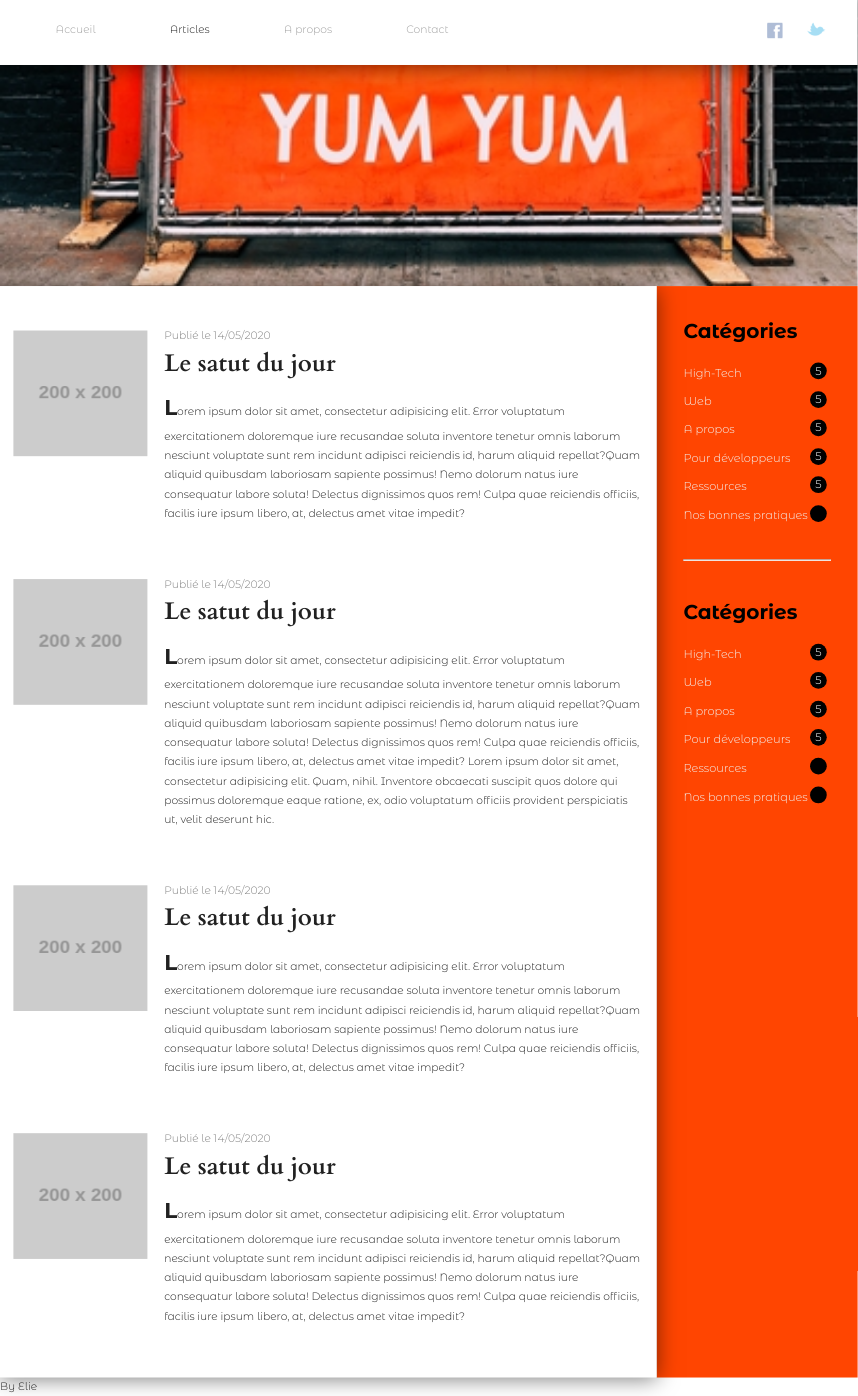
Repository: Elie-Dey/blog-train
Page: index.html
An editor plug-in stored every save of this project. The page is shown before and after the next save, followed by the edit.
The browser window is 1280 px wide. The pictures show the whole page, at 67% of full size.

Above is the page before, as saved 2020-06-19 22:00:00.

### index.html
<!DOCTYPE html>
<html lang="en">
<head>
    <meta charset="UTF-8">
    <meta name="viewport" content="width=device-width, initial-scale=1.0">
    <link href="https://fonts.googleapis.com/css2?family=Cardo:wght@400;700&family=Montserrat+Alternates:wght@300;700&display=swap" rel="stylesheet">
    <link rel="stylesheet" href="style.css">
    <title>Mon blog</title>
</head>
<body>
    <header class="topbar">
        <nav>
            <a href="index.html">Accueil</a>
            <a href="articles.html" class="active"> Articles</a>
            <a href="about.html">A propos</a>
            <a href="apropos.html">Contact</a>
        </nav>
        <div class="social">
            <a href="#"> <img src="images/fb.png" alt="Facebook"></a>
            <a href="#"> <img src="images/twitter.png" alt="Twitter"></a>
        </div>
    </header>
    <div class="banniere"></div>
    <div class="body">
        <main class="main">
            <div class="container">
             <article class="article">
                 <a href="article.html" class="article-img"><img src="https://via.placeholder.com/200" alt="article-image"/> </a>
                  <div class="article-date">Publié le 14/05/2020</div>
                  <h2 class="article-title">  <a href="article.html">    Le satut du jour</a>  </h2>
                  <p>
                      Lorem ipsum dolor sit amet, consectetur adipisicing elit. Error voluptatum exercitationem doloremque iure recusandae soluta inventore tenetur omnis laborum nesciunt voluptate sunt rem incidunt adipisci reiciendis id, harum aliquid repellat?Quam aliquid quibusdam laboriosam sapiente possimus! Nemo dolorum natus iure consequatur labore soluta!
                      Delectus dignissimos quos rem! Culpa quae reiciendis officiis, facilis iure ipsum libero, at, delectus amet vitae impedit?
                  </p>
              </article>
              <article class="article">
                  <a href="article.html" class="article-img"><img src="https://via.placeholder.com/200" alt="article-image"/> </a>
                   <div class="article-date">Publié le 14/05/2020</div>
                   <h2 class="article-title">  <a href="article.html">    Le satut du jour</a>  </h2>
                   <p>
                       Lorem ipsum dolor sit amet, consectetur adipisicing elit. Error voluptatum exercitationem doloremque iure recusandae soluta inventore tenetur omnis laborum nesciunt voluptate sunt rem incidunt adipisci reiciendis id, harum aliquid repellat?Quam aliquid quibusdam laboriosam sapiente possimus! Nemo dolorum natus iure consequatur labore soluta!
                       Delectus dignissimos quos rem! Culpa quae reiciendis officiis, facilis iure ipsum libero, at, delectus amet vitae impedit?
                       Lorem ipsum dolor sit amet, consectetur adipisicing elit. Quam, nihil. Inventore obcaecati suscipit quos dolore qui possimus doloremque eaque ratione, ex, odio voluptatum officiis provident perspiciatis ut, velit deserunt hic.
                   </p>
               </article>
               <article class="article">
                  <a href="article.html" class="article-img"><img src="https://via.placeholder.com/200" alt="article-image"/> </a>
                   <div class="article-date">Publié le 14/05/2020</div>
                   <h2 class="article-title">  <a href="article.html">    Le satut du jour</a>  </h2>
                   <p>
                       Lorem ipsum dolor sit amet, consectetur adipisicing elit. Error voluptatum exercitationem doloremque iure recusandae soluta inventore tenetur omnis laborum nesciunt voluptate sunt rem incidunt adipisci reiciendis id, harum aliquid repellat?Quam aliquid quibusdam laboriosam sapiente possimus! Nemo dolorum natus iure consequatur labore soluta!
                       Delectus dignissimos quos rem! Culpa quae reiciendis officiis, facilis iure ipsum libero, at, delectus amet vitae impedit?
                   </p>
               </article>
               <article class="article">
                  <a href="article.html" class="article-img"><img src="https://via.placeholder.com/200" alt="article-image"/> </a>
                   <div class="article-date">Publié le 14/05/2020</div>
                   <h2 class="article-title">  <a href="article.html">    Le satut du jour</a>  </h2>
                   <p>
                       Lorem ipsum dolor sit amet, consectetur adipisicing elit. Error voluptatum exercitationem doloremque iure recusandae soluta inventore tenetur omnis laborum nesciunt voluptate sunt rem incidunt adipisci reiciendis id, harum aliquid repellat?Quam aliquid quibusdam laboriosam sapiente possimus! Nemo dolorum natus iure consequatur labore soluta!
                       Delectus dignissimos quos rem! Culpa quae reiciendis officiis, facilis iure ipsum libero, at, delectus amet vitae impedit?
                   </p>
               </article>
            </div>
         </main>

    <aside class="sidebar">
        <h4 class="sidebar-title">Catégories</h4>
        <ul>
            <li><a href="#" data-count="5">High-Tech</a></li>
            <li><a href="#" data-count="5">Web</a></li>
            <li><a href="#" data-count="5">A propos</a></li>
            <li><a href="#" data-count="5">Pour développeurs </a></li>
            <li><a href="#" data-count="5">Ressources</a></li>
            <li><a href="#">Nos bonnes pratiques</a></li>
        </ul>
        <hr>
        <h4 class="sidebar-title">Catégories</h4>
        <ul>
            <li><a href="#" data-count="5">High-Tech</a></li>
            <li><a href="#" data-count="5">Web</a></li>
            <li><a href="#" data-count="5">A propos</a></li>
            <li><a href="#" data-count="5">Pour développeurs</a></li>
            <li><a href="#">Ressources</a></li>
            <li><a href="#">Nos bonnes pratiques</a></li>
        </ul>


    </aside>
</div>
    <footer class="footer">
        By Elie
    </footer>
</body>
</html>

### style.css
/*
* Prefixed by https://autoprefixer.github.io
* PostCSS: v7.0.29,
* Autoprefixer: v9.7.6
* Browsers: last 4 version,ie > 8
*/

*{
    -webkit-box-sizing: border-box;
            box-sizing: border-box;
}
body, html
{
    margin: 0;
    font-size: 16px;
    font-family: 'Montserrat Alternates', sans-serif;
    color: rgba(0, 0, 0, .87);
    line-height: 1.8;

}
.topbar{

    position: fixed;
    top: 0;
    right: 0;
    left: 0;
    width: 100%;
    background-color: white;
    padding: 30px ;
    z-index: 3;
    font-family: 'Montserrat Alternates', sans-serif;
    font-weight: 700;
    -webkit-box-shadow: 0 4px 30px rgba(0, 0, 0, .5);
            box-shadow: 0 4px 30px rgba(0, 0, 0, .5);

}
.topbar nav{
    float: left;

}
.topbar nav a {
    color: #9f9f9f;
    text-decoration: none;
    font-weight: 500;
    padding: 0 53px;
    transition: color .3s;
}

.topbar nav a:hover , .topbar nav a.active{
    color:  rgba(0, 0, 0, .87);
}

 .social {
    float: right;
}

.social a
{
    padding: 0 12px;
    opacity: .4;
    transition: opacity .3s;
}
.social a:hover
{
    opacity: 1;
}

.banniere {
    height: 427px;
    background: no-repeat center center / cover url("images/banniere.jpg");
}
.body
{
    display: -webkit-box;
    display: -ms-flexbox;
    display: flex;
}
.main
{

    width: calc(100% - 300px);
    background: white;
    -webkit-box-shadow: 0 4px 30px rgba(0, 0, 0, .5);
            box-shadow: 0 4px 30px rgba(0, 0, 0, .5);
    position: relative;
    z-index: 2;


}
.sidebar
{

    background:rgb(255, 69, 1);
    width: 300px;
    padding: 40px;
    font-size: 17px;
    font-weight: 300;
    position: relative;
    z-index: 1;
}
/* .sidebar ul
{
    counter-reset: sidebarlist;
}

.sidebar li::before
{
    counter-increment: sidebarlist;
    content: counter(sidebarlist) ". ";
} */

.sidebar-title
{
    font-size: 30px;
    color: black;
    margin: 20px 0;
}
.sidebar a
{
    text-decoration: none;
    color: rgb(243, 241, 239);

}
.sidebar ul
{
    margin: 0;
    padding: 0;
    list-style: none;

}
.sidebar li
{
    padding: 6px 6px 6px 0;
}
.sidebar li a::after
{
    content: attr(data-count);
    float:right;
    background: black;
    color:white;
    width: 25px;
    height: 25px;
    line-height: 25px;
    text-align: center;
    border-radius: 50%;
}
.sidebar li:first-child
{
    padding-top: 0;
}

.sidebar li:last-child
{
    padding-bottom: 0;
}
.sidebar a:hover
{
    text-decoration: underline;
}

.sidebar hr
{
    border-color:none;
    background: white;
    height: 1px;
    margin: 50px 0;


}

.sidebar-title:first-child
{
    margin-top: 0;
}


.article
{
    position: relative;
    overflow: hidden;
    margin: 60px 0;
    padding-left: 225px;
    min-height: 225px;
}


.article p
{
    font-family: 'Montserrat Alternates', sans-serif;
    font-weight: 500;
}
.article p::first-letter
{
    font-size: 2em;
    font-weight: bold;
}
.container
{
    max-width: 940px;
    margin: 0 auto;
}
.article a
{
    color: inherit;
    text-decoration: none;
}
.article a:hover
{
    text-decoration: underline;
}
.article-img
{
    position: absolute;
    left: 0;
    top: 0;
    width: 200px;
    margin-right: 25px;
    transition: transform cubic-bezier(0.55,-0.4, 0, 1.39) .5s;
    animation: slidedown 10s;
}
.article-img:hover
{
    transform: scale(1.1) rotate(5deg);
}
@keyframes slidedown
{
    0%{
        transform: translateY(200px);
        opacity: 1px;

    }
    50% {
        transform: rotateX(20deg);
        opacity: 1px;
    }
    100% {
        transform: translateY(-200);
        opacity: 1px;
    }
}
.article-title
 {
    font-size: 2.25rem;
    line-height: 1.2;
    font-family: "Cardo", serif;
    margin: 0 0 15px 0;
 }
.article-date
{
    font-weight: 300;
    color: rgba(0, 0, 0, .5);
    margin-bottom: 5px;
}
.article-img img
{
    width: 100%;
    height: auto;
}
.footer
{
    clear: both;
}

After the next save:
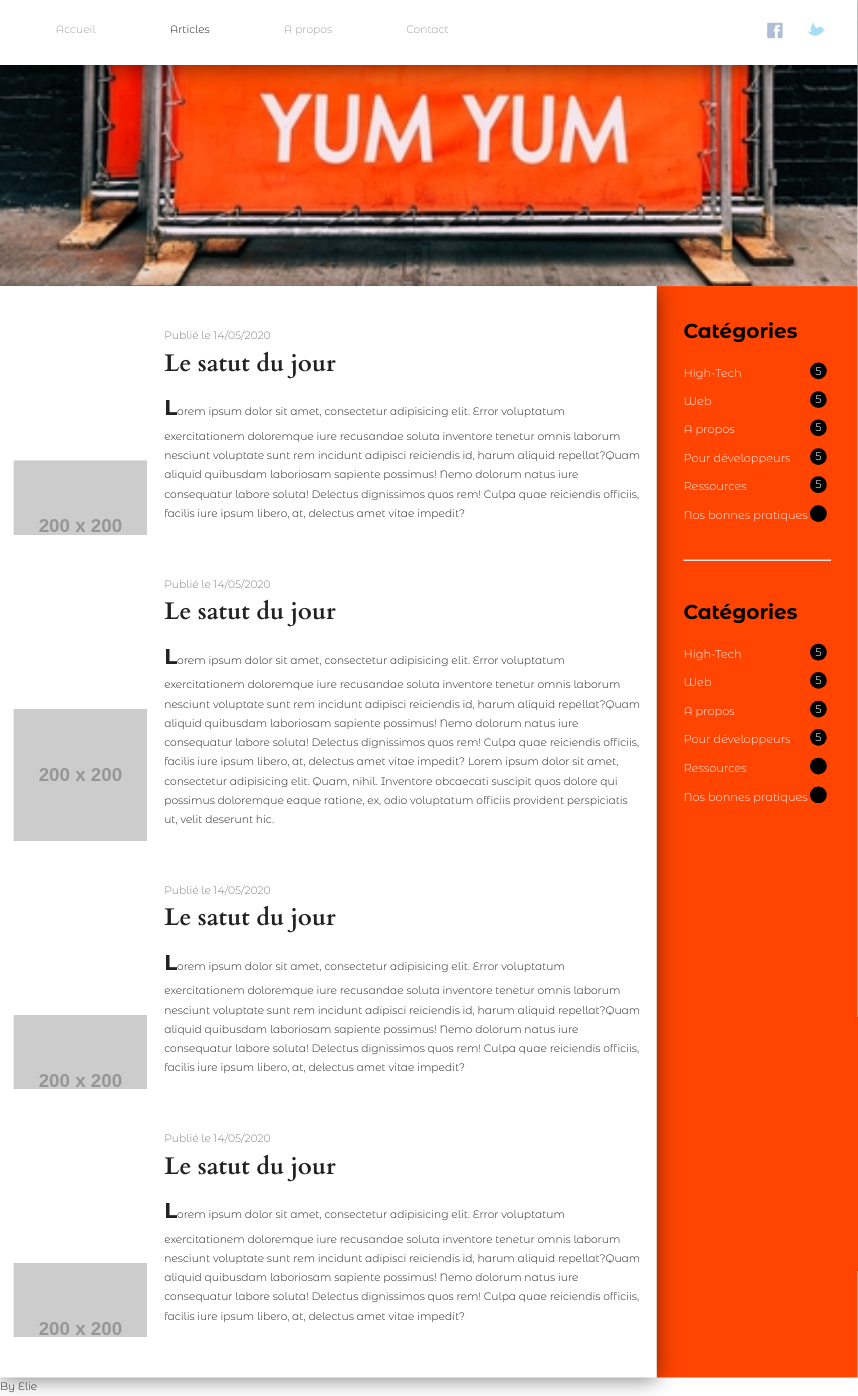
Saved 49 s later.
--- a/style.css
+++ b/style.css
@@ -216,7 +216,7 @@
     width: 200px;
     margin-right: 25px;
     transition: transform cubic-bezier(0.55,-0.4, 0, 1.39) .5s;
-    animation: slidedown 10s;
+    animation: slidedown 1s infinite;
 }
 .article-img:hover
 {

After the 2 saves that followed:
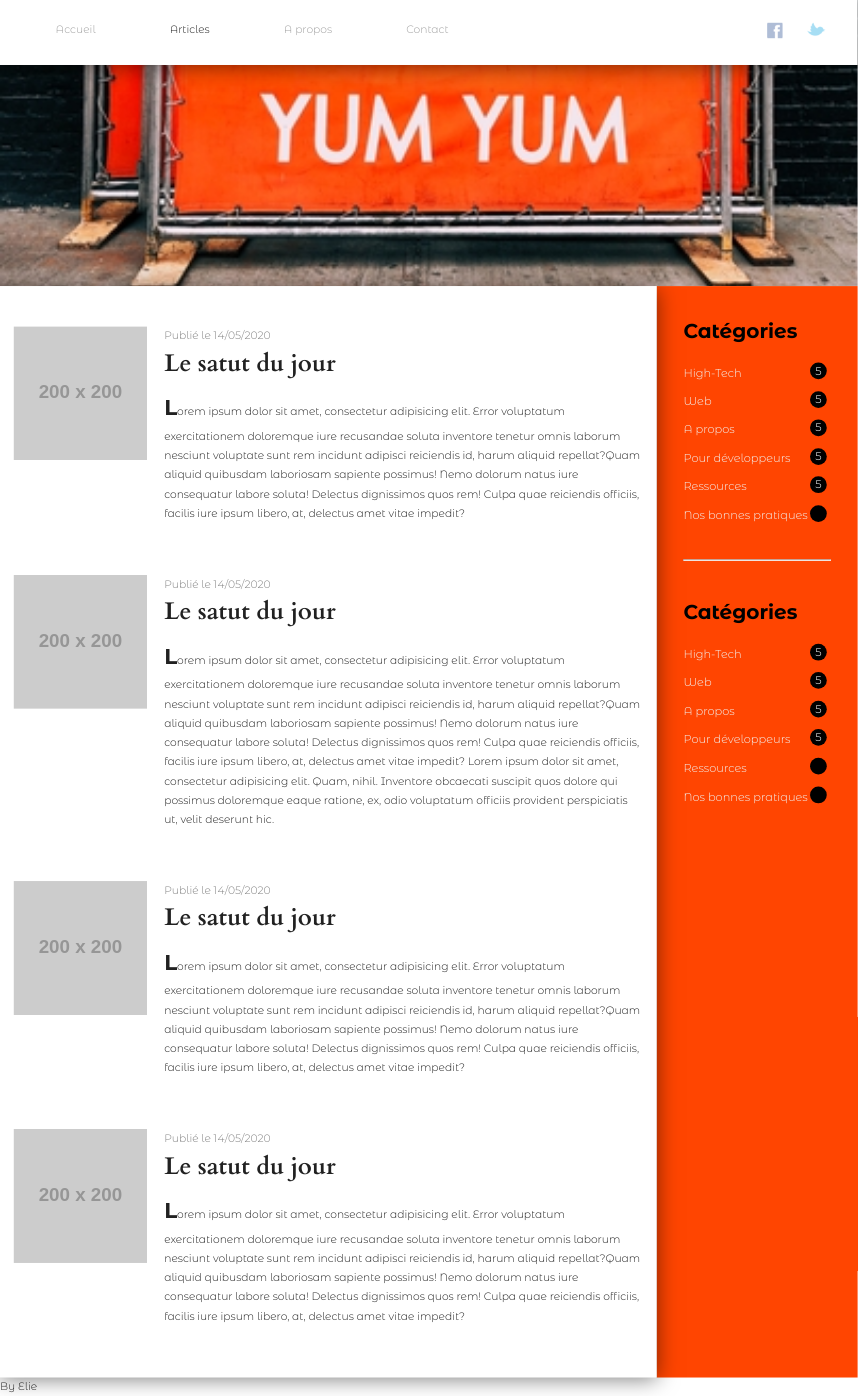
The 2 saves are shown as one change because 1 left the picture as it was.
The last was saved 43 s later.
--- a/style.css
+++ b/style.css
@@ -216,7 +216,7 @@
     width: 200px;
     margin-right: 25px;
     transition: transform cubic-bezier(0.55,-0.4, 0, 1.39) .5s;
-    animation: slidedown 1s infinite;
+    animation: slidedown 1s ;
 }
 .article-img:hover
 {
@@ -234,7 +234,7 @@
         opacity: 1px;
     }
     100% {
-        transform: translateY(-200);
+        transform: translateY(-200px);
         opacity: 1px;
     }
 }
